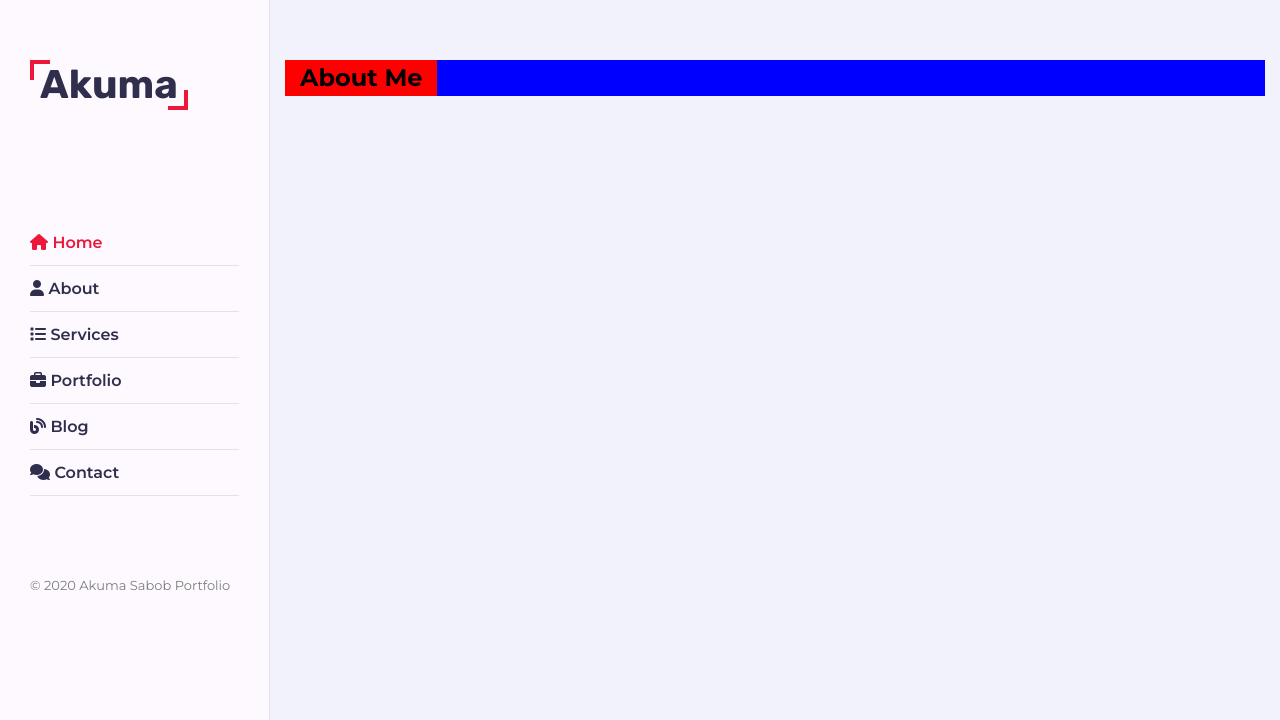
Repository: Akuma001/MY-Portfolio
Page: index.html
The author's editor kept a copy of each file at every save. The page is drawn from the files as they stood at one save, then again after the next save.
The browser window is 1280 px wide. The pictures show the whole page.
Some web libraries are served in a nearby version.

Above is the page before, as saved 2020-12-13 17:09:30.

### index.html
<!DOCTYPE html>
<html lang="en">
<head>
  <title>Akuma Sabob</title>
  <meta charset="utf-8">
  <meta name="viewport" content="width=device-width, initial-scale=1">
   <!-- Template css Files -->
	<link rel="stylesheet" href="./css/style.css" type="text/css">
  <link rel="stylesheet" href="./css/skins/pink.css" type="text/css">
  <!-------Favcon icon-------->
  <link href="./images/favicon.ico" rel="icon" type="image/x-icon" />
  <!------------Font-Awesome---------------->
  <script src="https://kit.fontawesome.com/bd6f97032f.js" crossorigin="anonymous"></script>
</head>
<body>
<!-----------Main------------->
<div class="main-container">
<!-----------Side------------->
  <div class="aside">
    <div class="logo">
      <a href="#">Akuma</a>
    </div>

     <!----------Nav toggler---------->
     <div class="nav-toggler">
       <span></span>
     </div>
     <!----------Nav toggler---------->

    <!----------Nav Bar---------->
    <ul class="nav">
      <li><a href="#" class="active"><i class="fa fa-home"></i> Home</a></li>
      <li><a href="#"><i class="fa fa-user"></i> About</a></li>
      <li><a href="#"><i class="fa fa-list"></i> Services</a></li>
      <li><a href="#"><i class="fa fa-briefcase"></i> Portfolio</a></li>
      <li><a href="#"><i class="fas fa-blog"></i> Blog</a></li>
      <li><a href="#"><i class="fa fa-comments"></i> Contact</a></li>
    </ul>
    <div class="copyright-text">
      &copy; 2020 Akuma Sabob Portfolio
    </div>

  </div>
<!-----------Side End------------->

<!-----------Main content------------->
  <div class="main-content">

    <section class="home section hidden">
      <div class="container">
        <div class="intro">
          <img src="./images/profile.jpg" alt="Profile" class="shadow-dark">
          <h1>Akuma Sabob</h1>
          <p>I'm a web-developer <br> I'm graphics designer</p>
          <div class="social-link">
            <a href="#"><i class="fa fa-twitter"></i></a>
            <a href="#"><i class="fa fa-instagram"></i></a>
            <a href="#"><i class="fa fa-linkedin"></i></a>
            <a href="#"><i class="fas fa-code-branch"></i></a>
          </div>
        </div>
      </div>
    </section>

    <!-----------About------------->

      <section class="about section">
        <div class="container">
          <div class="row">
            <div class="section-title padd-15">
              <h2>About Me</h2>
            </div>
          </div>
        </div>
      </section>

    <!-----------About End------------->
  </div>
<!-----------Main content End------------->
</div>
<!-----------Main------------->
</body>
</html>

### css/style.css

 /*Font Awesome Free Icon*/
 @import url("https://stackpath.bootstrapcdn.com/font-awesome/4.7.0/css/font-awesome.min.css");
 /*Google fonts*/
 @import url('https://fonts.googleapis.com/css?family=Montserrat:400,500,600,700&display=swap');
 @import url('https://fonts.googleapis.com/css?family=Rubik:500,700,900&display=swap');


body{
    margin: 0;
    line-height: 1.5;
    font-size: 16px;
    font-family: 'Montserrat', sans-serif;
    font-weight: 400;
}
*{
    margin: 0;
    padding: 0;
    outline: none;
    text-decoration: none;
    box-sizing: border-box;
}
::before, ::after{
    box-sizing: border-box;
}

.section{
    background-color: #f2f2fc;
    min-height: 100vh;
    display: block;
    padding: 0 30px;
}
.section .container{
    padding-top: 60px;
    padding-bottom: 70px;
}
.section-title{
    background-color: red;
}
.row{
    display: -ms-flexbox;
    display: flex;
    -ms-flex-wrap: wrap;
    flex-wrap: wrap;
    margin-right: -15px;
    margin-left: -15px;
    position: relative;
    background-color: blue;
}
.padd-15{
    padding-left: 15px;
    padding-right: 15px;
}
.main-content{
    padding-left: 270px;
}

.container{
    max-width: 1100px;
    width: 100%;
    margin: auto;
}
.shadow-dark{
    -webkit-box-shadow: 0 0 20px rgba(48, 46, 77, 0.15);
    box-shadow: 0 0 20px rgba(48, 46, 77, 0.15);
}
.hidden{
    display: none !important;
}

 /*    aside  */
 .aside{
     width: 270px;
     background-color: #fdf9ff;
     position: fixed;
     height: 100%;
     left: 0;
     top: 0;
     z-index: 10;
     border-right: 1px solid #e8dfec;
     padding: 30px;
 }


 .aside .logo{
    padding: 30px 0;
 }
 .aside .logo a{
     font-size: 40px;
     color: #302e4d;
     font-family: 'Rubik', sans-serif;
     font-weight: 700;
     text-decoration: none;
     display: inline-block;
     position: relative;
     padding: 0 10px;
     line-height: 50px;
 }
 .aside .logo a::before{
     content: '';
     height: 20px;
     width: 20px;
     position: absolute;
     top: 0;
     left: 0;
 }
 .aside .logo a::after{
    content: '';
    height: 20px;
    width: 20px;
    position: absolute;
    bottom: 0;
    right: 0;
 }
 .aside .nav-toggler{
     height: 40px;
     width: 45px;
     border: 1px solid #d4d4e3;
     cursor: pointer;
     position: fixed;
     left: 300px;
     top: 30px;
     z-index: 11;
     border-radius: 5px;
     background-color: #fdf9ff;
     /*
     display: -ms-flexbox;
     display: flex;
     */
     display: none;
     -ms-flex-align: center;
     align-items: center;
     -ms-flex-pack: center;
     justify-content: center;
 }
 .aside .nav-toggler span{
    height: 2px;
    width: 18px;
    display: inline-block;
    position: relative;
 }
 .aside .nav-toggler span::before{
     content: '';
     height: 2px;
     width: 18px;
     position: absolute;
     top: -6px;
     left: 0;
 }
 .aside .nav-toggler span::after{
    content: '';
    height: 2px;
    width: 18px;
    position: absolute;
    top: 6px;
    left: 0;
}
 .aside .nav{
    list-style: none;
     margin: 80px 0;
     padding: 0;
 }
 .aside .nav li{
     display: block;
 }
 .aside .nav li a{
     font-size: 16px;
     font-weight: 600;
     color: #302e4d;
     text-decoration: none;
     line-height: 45px;
     display: block;
     border-bottom: 1px solid #e8dfec;
     -webkit-transition: all 0.3s ease;
     transition: all 0.3s ease;
     text-transform: capitalize;
 }
 .aside .nav li a:not(.active):hover{
     padding-left: 5px;
 }
 .aside .nav li a fa{
     margin-right: 5px;
 }
 .aside .copyright-text{
    font-size: 13px;
    color: #7d7d7d;
 }

 /*    Home      */

 .home{
     min-height: 100vh;
     display: -ms-flexbox;
     display: flex;
 }

 .home .intro{
     text-align: center;
 }

 .home .intro img{
     height: 200px;
     width: 200px;
     border-radius: 50%;
     display: inline-block;
     border: 8px solid #ffffff;
 }

 .home .intro h1{
     font-size: 30px;
     color: #302e4d;
     font-family: 'Rubik', sans-serif;
     font-weight: 700;
     margin: 20px 0 5px;
 }
 .home .intro p{
     font-size: 16px;
     font-weight: 500;
     margin: 0%;
     line-height: 22px;
     color: #504e70;
 }

 .home .intro .social-link{
     margin-top: 25px;
 }

 .home .intro .social-link a{
     height: 35px;
     width: 35px;
     display: inline-block;
     text-align: center;
     line-height: 35px;
     color: #ffffff;
     margin: 0 4px;
     border-radius: 50%;
     text-decoration: none;
     -webkit-transition: all 0.3s ease;
     transition: all 0.3s ease;
 }

 .home .intro .social-link a:hover{
    -webkit-transform: scale(1.1);
    transform: scale(1.1);
 }


 /*      About Section     */

 .section-title{

 }

### css/skins/pink.css
.aside .logo a::before{
    border-top: 4px solid #ec1839;
    border-left: 4px solid #ec1839;
}

.aside .logo a::after{
    border-right: 4px solid #ec1839;
    border-bottom: 4px solid #ec1839;
}
.aside .nav li a:hover,
.aside .nav li a.active{
    color: #ec1839;
}
.aside .nav-toggler span,
.aside .nav-toggler span::before,
.aside .nav-toggler span::after,
.home .intro .social-link a{
    background-color: #ec1839;
}

After the next save:
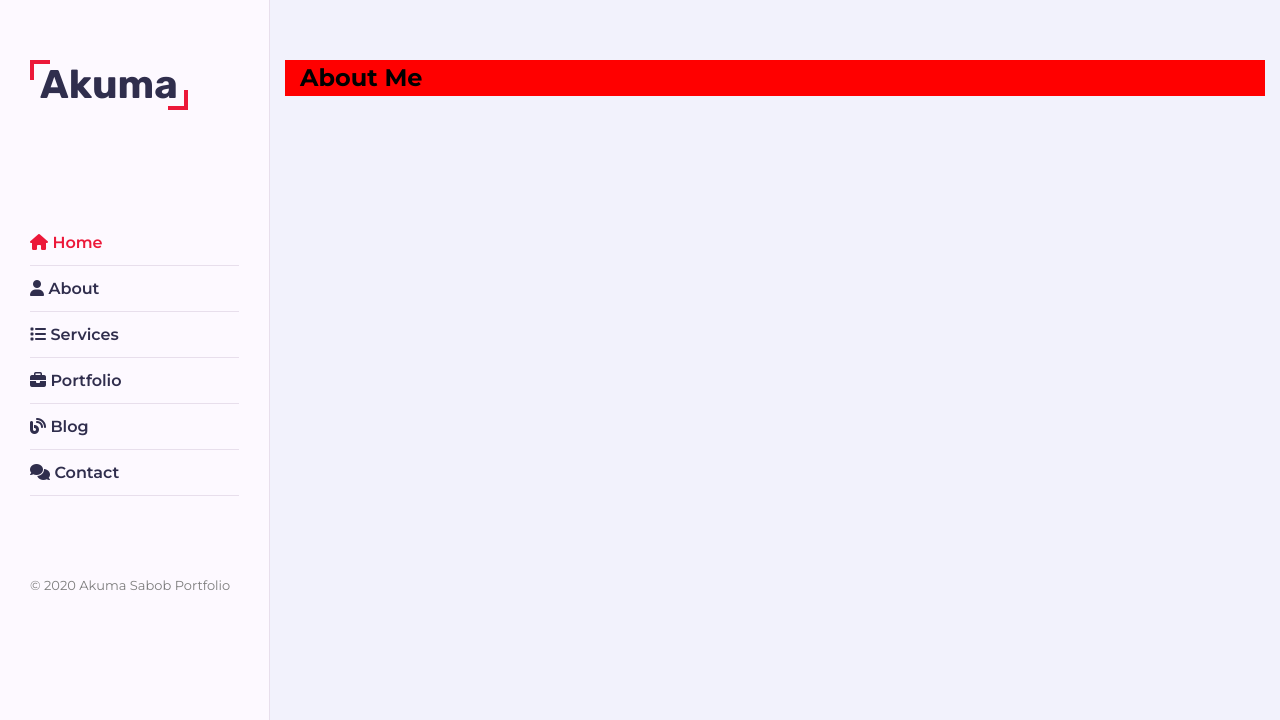
Saved 74 s later.
--- a/css/style.css
+++ b/css/style.css
@@ -35,6 +35,7 @@ body{
     padding-bottom: 70px;
 }
 .section-title{
+    flex: 0 0 100%;
     background-color: red;
 }
 .row{
